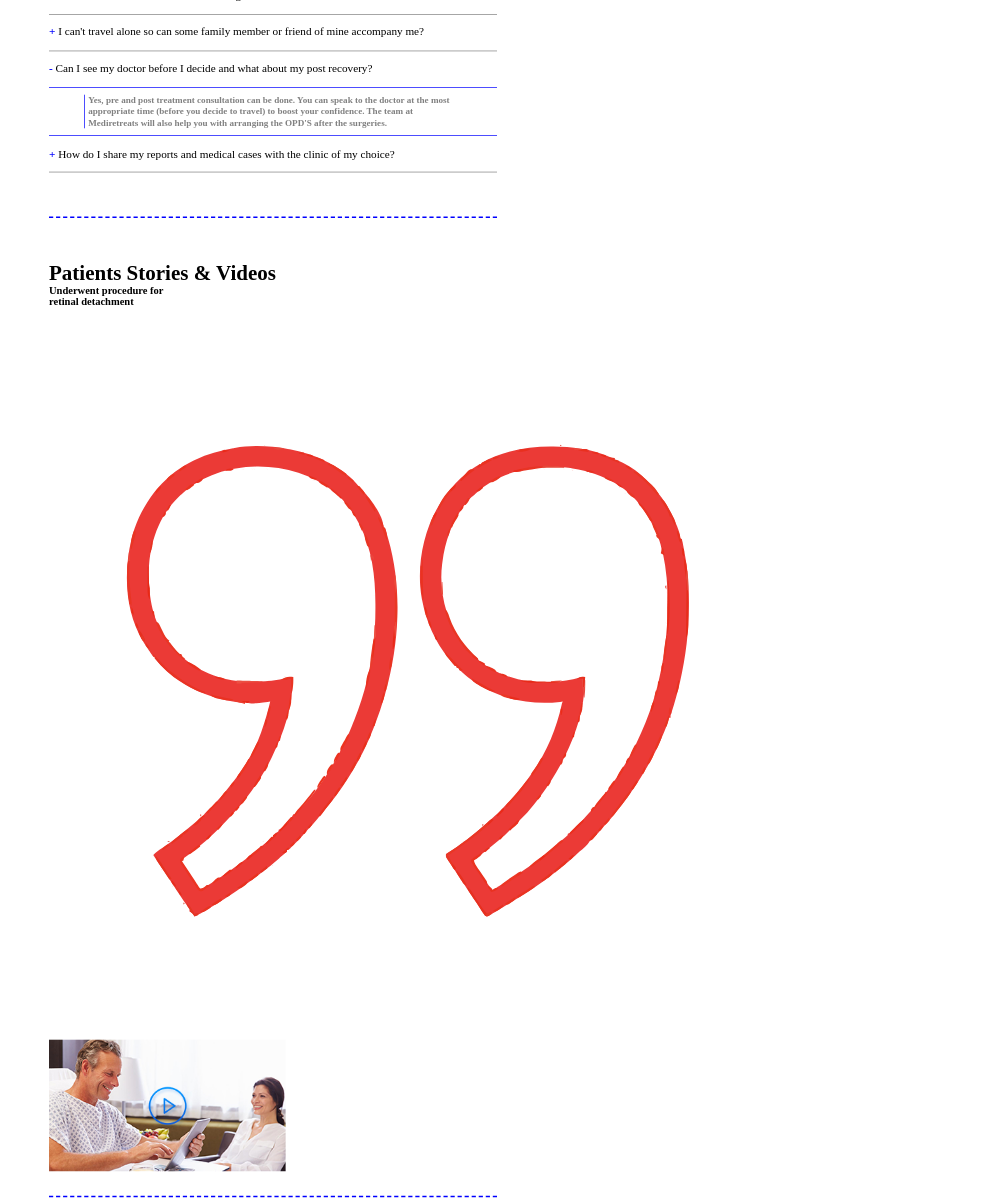
Repository: hetuk2005/webDevelopment
Page: Projects/Aafiya.html
These files come from the project's save history. The page is drawn as it stood at one moment and after the next save; the edit follows.
The browser window is 1280 px wide. The page is 1438 px wide, so the pictures cover 1438 px, including what lies to the right of the window. The pictures show the part of the page from y = 3746 to 5466 px (the page is 5466 px tall before and 4512 px after), at 70% of full size.

Above is the page before, as saved 2025-04-08 10:30:17.

After the next save:
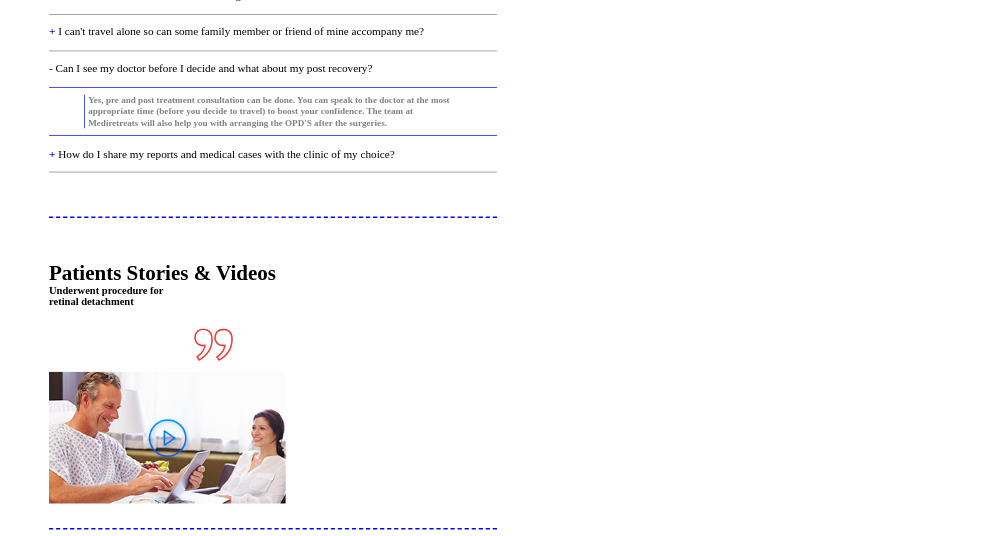
Saved 12 s later.
--- a/Projects/CSS/Aafiya.css
+++ b/Projects/CSS/Aafiya.css
@@ -509,7 +509,7 @@ span {
     font-weight: bold;
 }
 
-.patient_stories>.stories_img>.quotes {
+.patient_stories>.stories_img>.text1>.quotes {
     height: 70px;
     width: 70px;
     margin-left: 200px;
